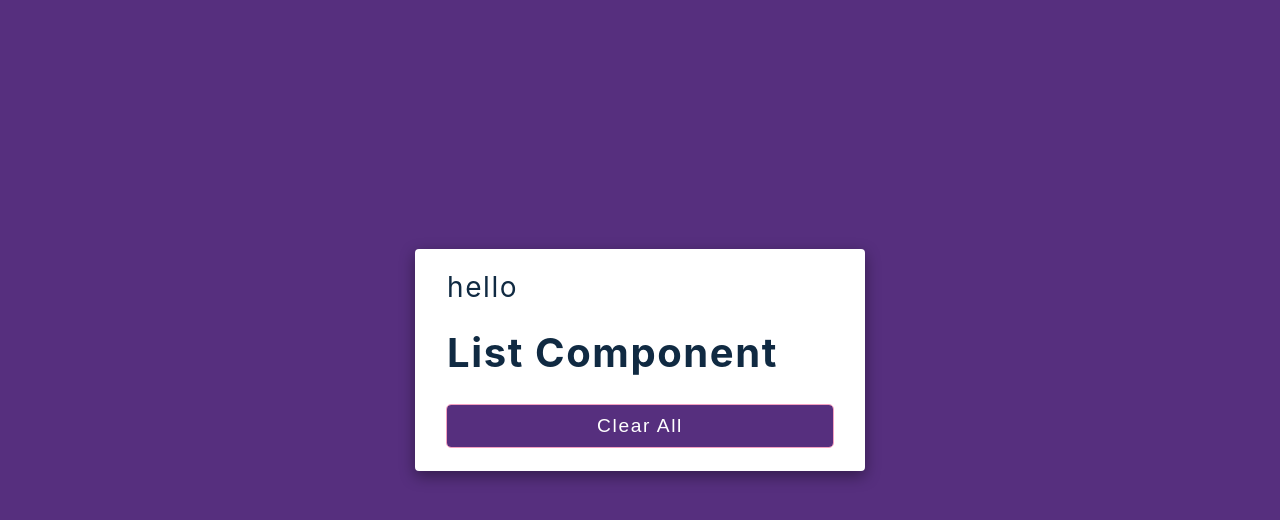
Repository: Chetandev16/Birthday-reminder
Page: /
These files come from the project's save history. The page is drawn as it stood at one moment and after a run of saves; the edit follows.
The browser window is 1280 px wide. The pictures show the whole page.
The project was rebuilt for these pictures with package versions that can differ from the ones it lists, and the page was loaded fresh each time.

Above is the page before, as saved 2022-01-23 17:51:08.

### src/index.css
/*
===============
Variables
===============
*/

:root {
  /* dark shades of primary color*/
  --clr-primary-1: hsl(162, 61%, 89%);
  --clr-primary-2: hsl(162, 60%, 78%);
  --clr-primary-3: hsl(162, 61%, 67%);
  --clr-primary-4: hsl(162, 61%, 57%);
  /* primary/main color */
  --clr-primary-5: hsl(162, 73%, 46%);
  /* lighter shades of primary color */
  --clr-primary-6: #1aa179;
  --clr-primary-7: #13795b;
  --clr-primary-8: #0d503c;
  --clr-primary-9: #06281e;
  /* darkest grey - used for headings */
  --clr-grey-1: hsl(212, 33%, 89%);
  --clr-grey-2: hsl(210, 31%, 80%);
  --clr-grey-3: hsl(211, 27%, 70%);
  --clr-grey-4: hsl(209, 23%, 60%);
  /* grey used for paragraphs */
  --clr-grey-5: hsl(210, 22%, 49%);
  --clr-grey-6: hsl(209, 28%, 39%);
  --clr-grey-7: hsl(209, 34%, 30%);
  --clr-grey-8: hsl(211, 39%, 23%);
  --clr-grey-9: hsl(209, 61%, 16%);
  --clr-white: #fff;
  --clr-red-dark: hsl(360, 67%, 44%);
  --clr-red-light: hsl(360, 71%, 66%);
  --clr-green-dark: hsl(125, 67%, 44%);
  --clr-green-light: hsl(125, 71%, 66%);
  --clr-black: #222;
  --transition: all 0.3s linear;
  --spacing: 0.1rem;
  --radius: 0.25rem;
  --light-shadow: 0 5px 15px rgba(0, 0, 0, 0.1);
  --dark-shadow: 0 5px 15px rgba(0, 0, 0, 0.4);
  --max-width: 1170px;
  --fixed-width: 450px;
  --clr-pink: #f28ab2;
  --clr-purple: #562f7e;
}
/*
===============
Global Styles
===============
*/

*,
::after,
::before {
  margin: 0;
  padding: 0;
  box-sizing: border-box;
}
body {
  font-family: -apple-system, BlinkMacSystemFont, 'Segoe UI', Roboto, Oxygen,
    Ubuntu, Cantarell, 'Open Sans', 'Helvetica Neue', sans-serif;
  background: var(--clr-purple);
  color: var(--clr-grey-9);
  line-height: 1.5;
  font-size: 0.875rem;
}
ul {
  list-style-type: none;
}
a {
  text-decoration: none;
}
h1,
h2,
h3,
h4 {
  letter-spacing: var(--spacing);
  text-transform: capitalize;
  line-height: 1.25;
  margin-bottom: 0.75rem;
}
h1 {
  font-size: 3rem;
}
h2 {
  font-size: 2rem;
}
h3 {
  font-size: 1.25rem;
}
h4 {
  font-size: 0.875rem;
}
p {
  margin-bottom: 1.25rem;
  color: var(--clr-grey-5);
}
@media screen and (min-width: 800px) {
  h1 {
    font-size: 4rem;
  }
  h2 {
    font-size: 2.5rem;
  }
  h3 {
    font-size: 1.75rem;
  }
  h4 {
    font-size: 1rem;
  }
  body {
    font-size: 1rem;
  }
  h1,
  h2,
  h3,
  h4 {
    line-height: 1;
  }
}
/*  global classes */

/* section */
.section {
  width: 90vw;
  margin: 0 auto;
  max-width: var(--max-width);
}

@media screen and (min-width: 992px) {
  .section {
    width: 95vw;
  }
}

main {
  min-height: 100vh;
  display: flex;
  justify-content: center;
  align-items: center;
}

.container {
  width: 90vw;
  margin: 5rem 0;
  max-width: var(--fixed-width);
  background: var(--clr-white);
  border-radius: var(--radius);
  padding: 1.5rem 2rem;
  box-shadow: var(--dark-shadow);
}
.container h3 {
  font-weight: normal;
  text-transform: none;
  margin-bottom: 2rem;
}
.person {
  display: grid;
  grid-template-columns: auto 1fr;
  column-gap: 0.75rem;
  margin-bottom: 1.5rem;
  align-items: center;
}
.person img {
  width: 75px;
  height: 75px;
  object-fit: cover;
  border-radius: 50%;
  box-shadow: var(--light-shadow);
}
.person h4 {
  margin-bottom: 0.35rem;
}
.person p {
  margin-bottom: 0;
}
.container button {
  color: var(--clr-white);
  display: block;
  width: 100%;
  border-color: transparent;
  background: var(--clr-purple);
  margin: 2rem auto 0 auto;
  text-transform: capitalize;
  font-size: 1.2rem;
  padding: 0.5rem 0;
  letter-spacing: var(--spacing);
  border-radius: var(--radius);
  outline: 1px solid rgba(242, 138, 178, 0.8);
  cursor: pointer;
}

### src/App.js
import React, { useState } from "react";
import data from "./data";
import List from "./List";
function App() {
  const var1 = " hello ";
  const [reset, setRest] = useState(data);
  const handelReset = () => {
    setRest([]);
  };

  return (
    <main>
      <section className="container">
        <h3>{var1}</h3>
        <List />
        <button
          onClick={() => {
            console.log("clicked");
          }}
        >
          Clear All
        </button>
      </section>
    </main>
  );
}

export default App;

### src/data.js
export default [
  {
    id: 1,
    name: 'Bertie Yates',
    age: 29,
    image:
      'https://res.cloudinary.com/diqqf3eq2/image/upload/v1595959131/person-2_ipcjws.jpg',
  },
  {
    id: 2,
    name: 'Hester Hogan',
    age: 32,
    image:
      'https://res.cloudinary.com/diqqf3eq2/image/upload/v1595959131/person-3_rxtqvi.jpg',
  },
  {
    id: 3,
    name: 'Larry Little',
    age: 36,
    image:
      'https://res.cloudinary.com/diqqf3eq2/image/upload/v1586883423/person-4_t9nxjt.jpg',
  },
  {
    id: 4,
    name: 'Sean Walsh',
    age: 34,
    image:
      'https://res.cloudinary.com/diqqf3eq2/image/upload/v1586883417/person-3_ipa0mj.jpg',
  },
  {
    id: 5,
    name: 'Lola Gardner',
    age: 29,
    image:
      'https://res.cloudinary.com/diqqf3eq2/image/upload/v1586883334/person-1_rfzshl.jpg',
  },
];

Loaded but not shown: public/index.html (common file); src/index.js (common file); src/List.js (common file)

After the next 2 saves:
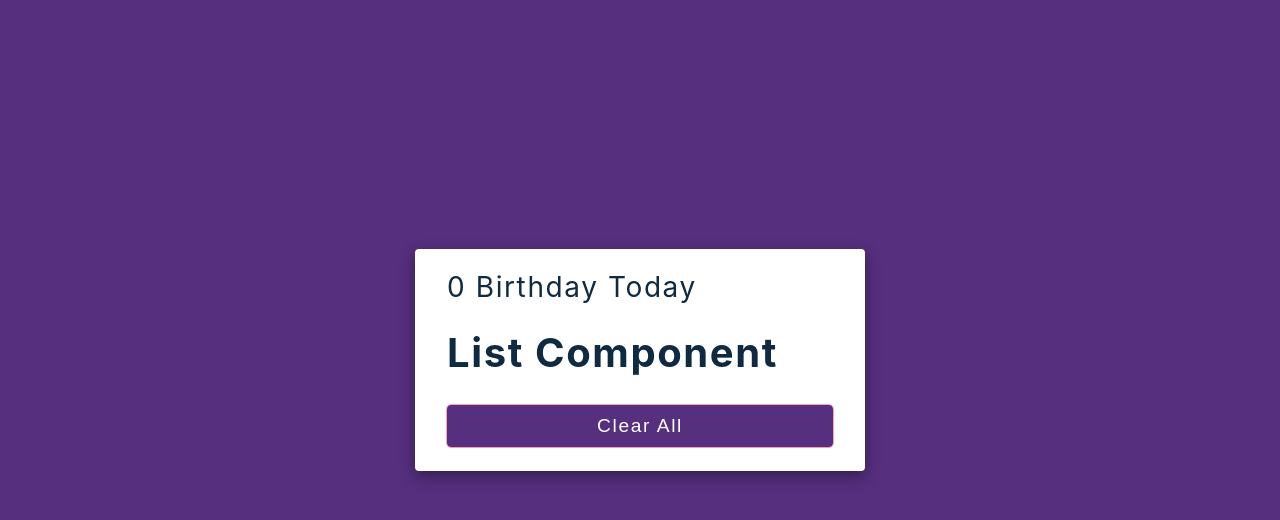
The 2 saves are shown as one change because they came seconds apart.
The last was saved 13 s later.
--- a/src/App.js
+++ b/src/App.js
@@ -2,16 +2,17 @@ import React, { useState } from "react";
 import data from "./data";
 import List from "./List";
 function App() {
-  const var1 = " hello ";
-  const [reset, setRest] = useState(data);
-  const handelReset = () => {
+
+  const[reset , setRest] = useState(data);
+  const  handelReset = () =>{
     setRest([]);
-  };
+  }
+
 
   return (
     <main>
       <section className="container">
-        <h3>{var1}</h3>
+        <h3>0 Birthday Today</h3>
         <List />
         <button
           onClick={() => {
